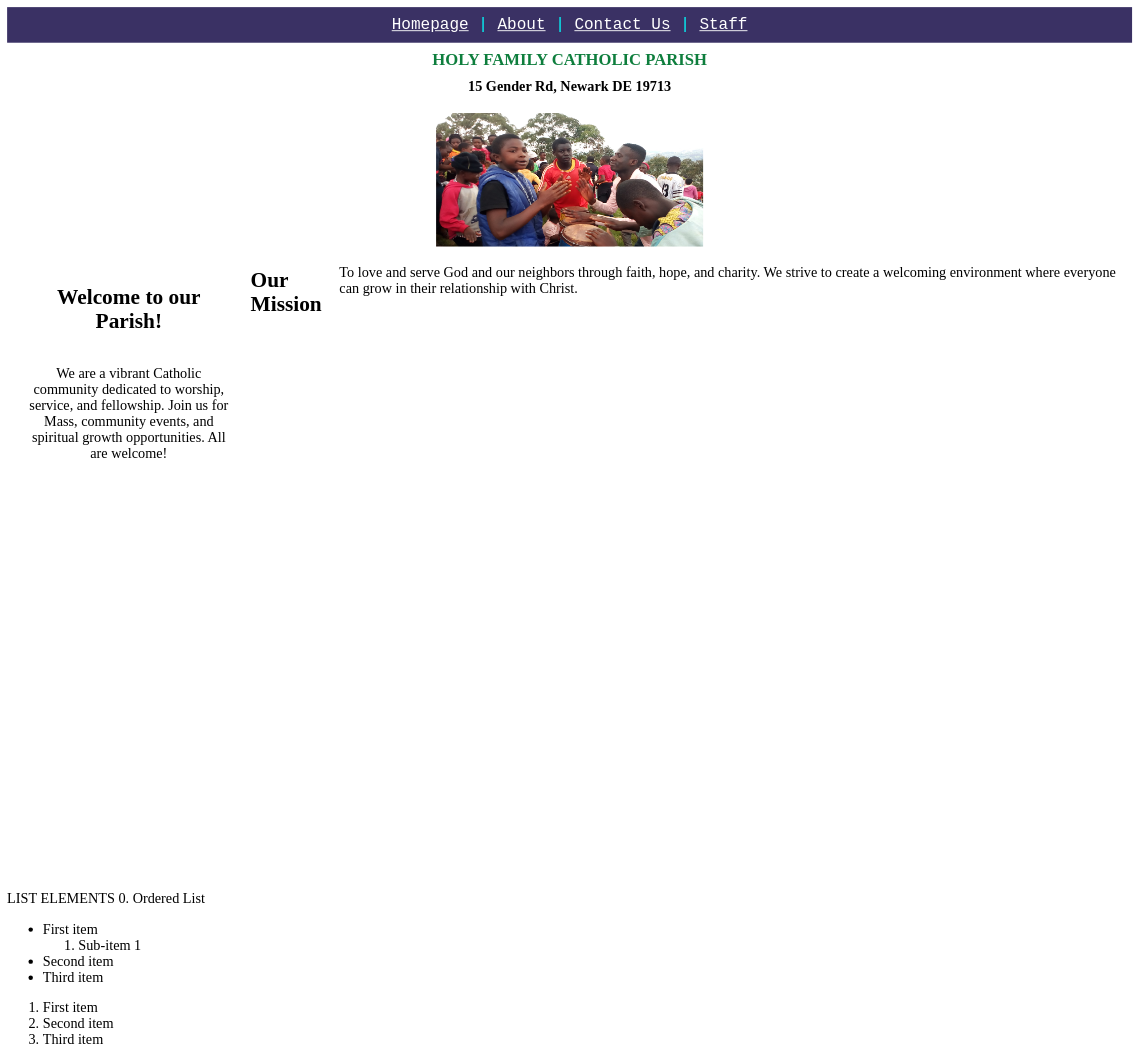
Repository: ficotims/HTML-RESTART
Page: Homepage.html
The author's editor kept a copy of each file at every save. The page is drawn from the files as they stood at one save, then again after the next save.
The browser window is 1280 px wide. The pictures show the whole page, at 89% of full size.

Above is the page before, as saved 2026-02-10 18:02:01.

### Homepage.html
<!doctype html>
<html lang="en">
  <head>
    <meta charset="UTF-8" />
    <meta name="viewport" content="width=device-width, initial-scale=1.0" />
    <title>HTML Crash course with Iman Musa</title>
    <link rel="stylesheet" href="Style 1.css"/>
  </head>
  <body>

    <!-- NAVIGATION SECTION -->
        <div style="background-color: rgb(58, 49, 100); padding: 10px; text-align: center; color: aqua; font-size: 18px; font-family: monospace, Lemon milk;">
    <a href="Homepage.html" target="_top" style="color: white;">Homepage</a> |
    <a href="about.html" style="color: white;">About</a> | <a href="Contact us.html" style="color: white;">Contact Us</a> |
    <a href="staff.html" style="color: white;">Staff</a>
     </div>

 <div style="text-align: center;">
    <h3><span style="color: rgb(14, 126, 61);"><div style="line-height: 0;">HOLY FAMILY CATHOLIC PARISH</b></span></h3>
    <H4>15 Gender Rd, Newark DE 19713</H4>
    <img
        src="images/Acension.jpg"
        alt="Catholic Church Logo"
        width="300"
        height="150"
      />
      </div>

      <div class="container">
        <div class="profile-box">
          <span style="line-height: 2;"></span><h2>Welcome to our Parish!</h2>
          <p>
            We are a vibrant Catholic community dedicated to worship, service, and fellowship. Join us for Mass, community events, and spiritual growth opportunities. All are welcome!
          </p></div></span>
          <h2>Our Mission</h2>
          <p>
            To love and serve God and our neighbors through faith, hope, and charity. We strive to create a welcoming environment where everyone can grow in their relationship with Christ.

        </div>
      </div>

    <!-- this is LIST -->
<hi2>LIST ELEMENTS</h2>

    0. Ordered List

    <ul>
      <li>First item</li>
      <ol><li>Sub-item 1</li></ol>
      <li>Second item</li>
      <li>Third item</li>
    </ul>

    <ol>
      <li>First item</li>
      <li>Second item</li>
      <li>Third item</li>
    </ol>
  </body>
</html>

### Style 1.css
.body1 {
    color: rgb(255, 249, 249);
    background-color: rgb(92, 113, 206);
    border-radius: 50px;
    font-size: 25px;
}

.flyout {
    border: none;
    background-color: lightgreen;
    color: rgb(0, 0, 0);
    padding: 20px;
    margin: 15px;
    height: 250px;
    width: 200px;
}

{
    margin: 0px;
    padding: px;
    box-sizing: border-box;
    font-family: Arial, Helvetica, sans-serif;
}

.container {
    width: 100%;
    height: 100vh;
    background-size: cover;
    background-position: center;
    display: flex;
    aligh-items: center;
    justify-content: center;
}

.profile-box {
    background-color: rgb(255, 255, 255);
    text-align: center;
    border-radius: 50px;
    padding: 20px;
    width: 300px;
    height: 400px;
    display: flex;
    flex-direction: column;
    align-items: center;
}

After the next save:
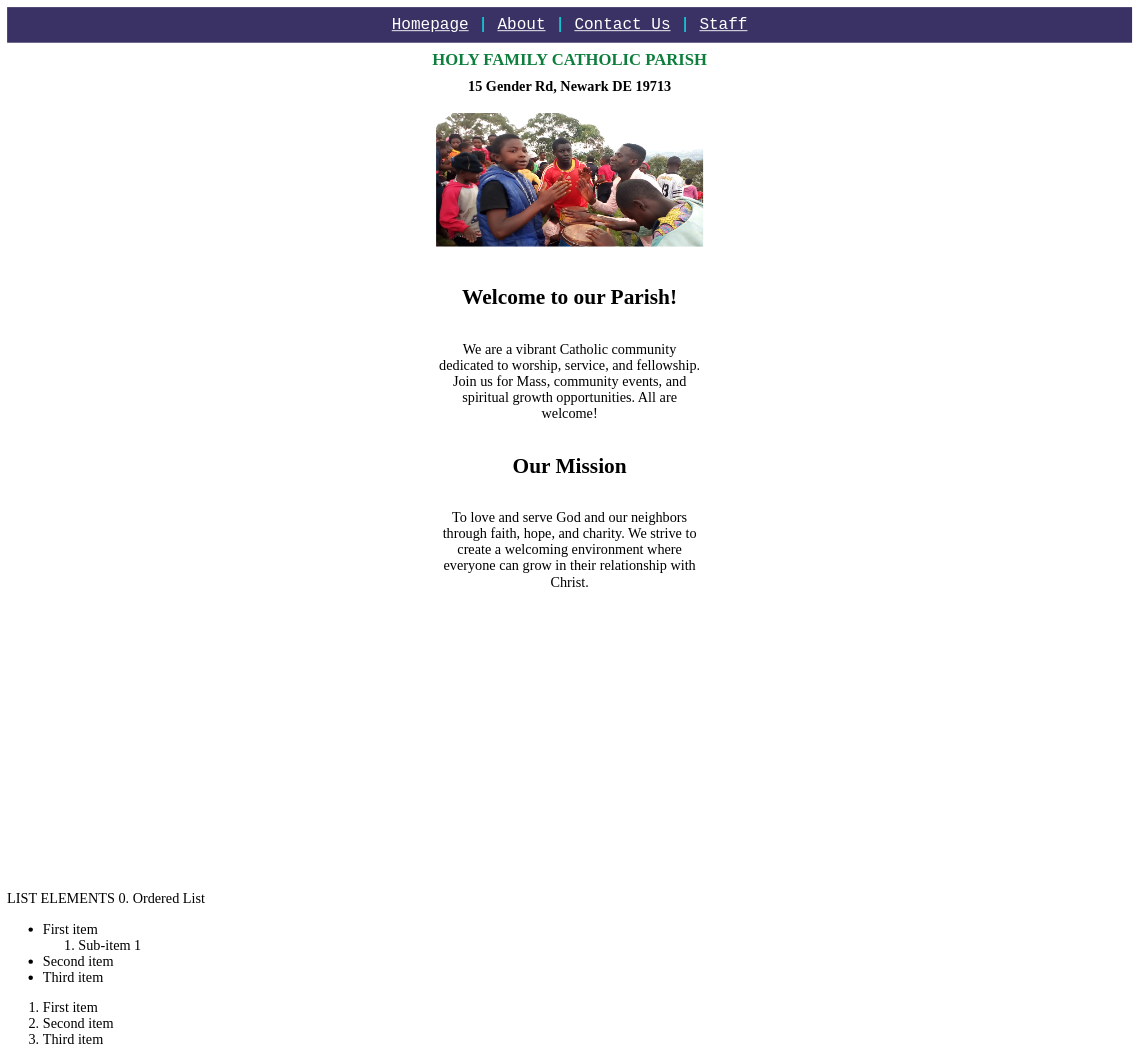
Saved 14 s later.
--- a/Homepage.html
+++ b/Homepage.html
@@ -31,7 +31,7 @@
           <span style="line-height: 2;"></span><h2>Welcome to our Parish!</h2>
           <p>
             We are a vibrant Catholic community dedicated to worship, service, and fellowship. Join us for Mass, community events, and spiritual growth opportunities. All are welcome!
-          </p></div></span>
+          </p>
           <h2>Our Mission</h2>
           <p>
             To love and serve God and our neighbors through faith, hope, and charity. We strive to create a welcoming environment where everyone can grow in their relationship with Christ.
